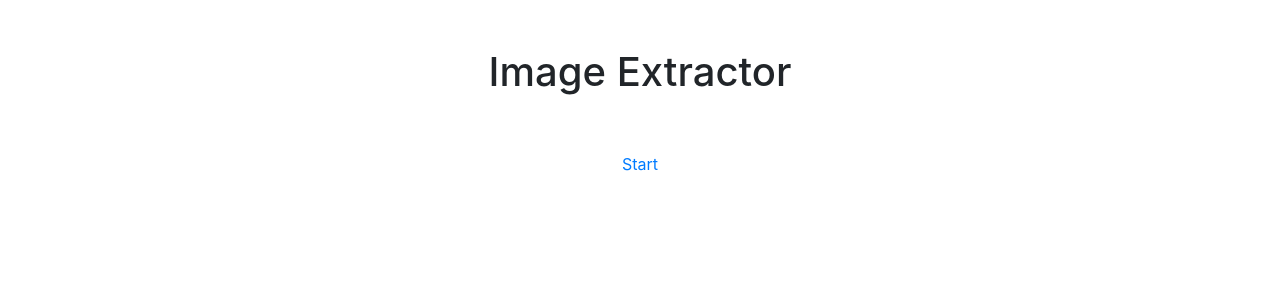
Repository: Rainam98/ImageExtractor
Page: http://localhost/demo/
These files come from the project's save history. The page is drawn as it stood at one moment and after the next save; the edit follows.
The browser window is 1280 px wide. The pictures show the whole page.
The page is served by Tomcat 9.

Above is the page before, as saved 2023-06-02 05:03:24.

After the next save:
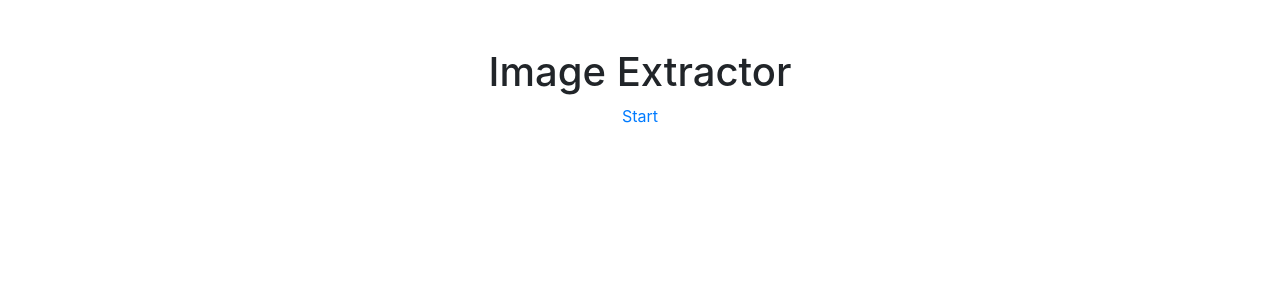
Saved 25 s later.
--- a/demo/src/main/webapp/index.jsp
+++ b/demo/src/main/webapp/index.jsp
@@ -10,9 +10,7 @@
 <body>
 <div class="text-center">
 	<h1 class="mt-5">Image Extractor</h1>
-	<br>
-	<br>
-	<a href="/start">Start</a>
+	<a class="mt-5" href="/start">Start</a>
 	</div>
 </body>
 </html>

After the 3 saves that followed:
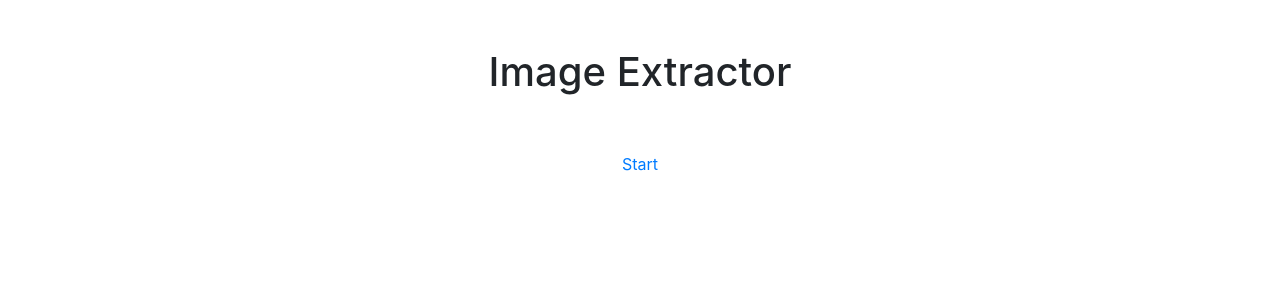
The 3 saves are shown as one change because 2 left the picture as it was.
The last was saved 24 s later.
--- a/demo/src/main/webapp/index.jsp
+++ b/demo/src/main/webapp/index.jsp
@@ -10,7 +10,9 @@
 <body>
 <div class="text-center">
 	<h1 class="mt-5">Image Extractor</h1>
-	<a class="mt-5" href="/start">Start</a>
+	<br>
+	<br>
+	<a class href="/start">Start</a>
 	</div>
 </body>
 </html>
